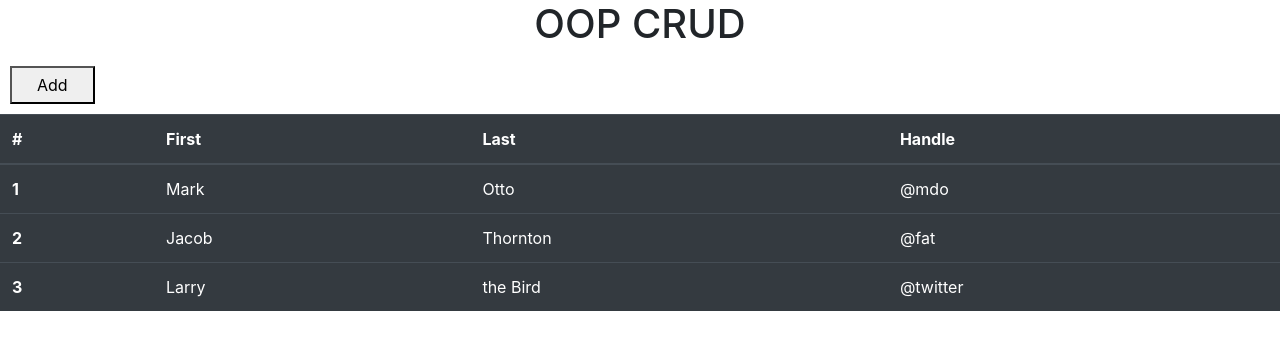
Repository: DhananjayaLakshan/PHP_CRUD_OOP1
Page: index.html
These files come from the project's save history. The page is drawn as it stood at one moment and after the next save; the edit follows.
The browser window is 1280 px wide. The pictures show the whole page.

Above is the page before, as saved 2023-11-30 10:55:56.

After the next save:
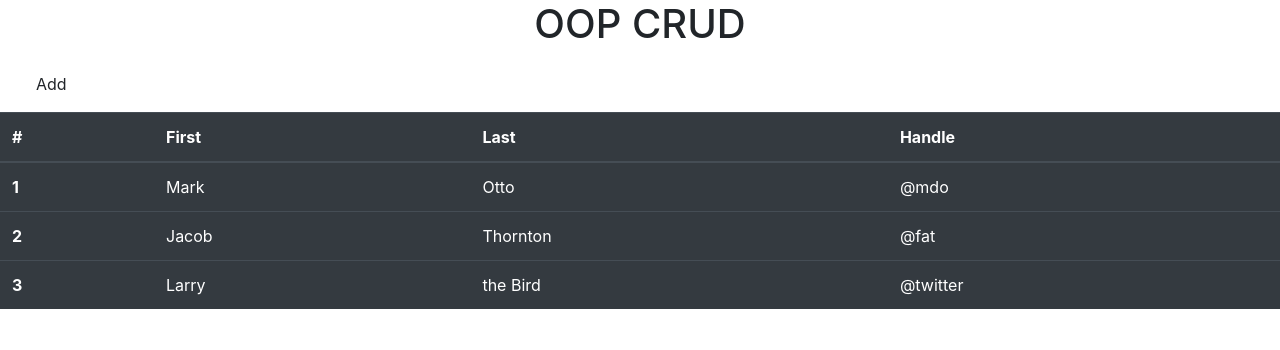
Saved 22 s later.
--- a/index.html
+++ b/index.html
@@ -12,7 +12,7 @@
 
     <h1 style="text-align: center;">OOP CRUD</h1>
 
-    <a href="#"><button class="button  addButton" id="addButton">Add</button></a>
+    <a href="#"><button class="btn addButton" id="addButton">Add</button></a>
 
     <table class="table table-dark">
         <thead>
